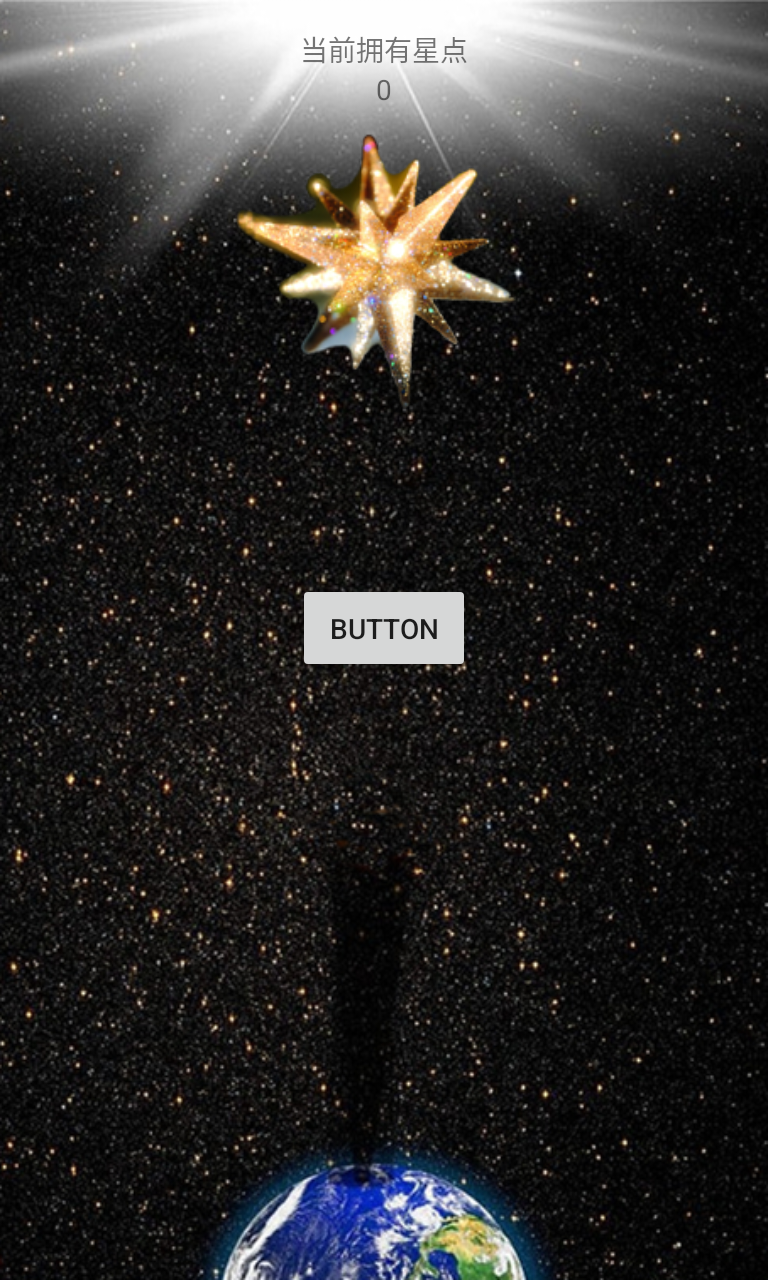
Repository: xianyun2014/StarPoint
Layout: game/res/layout/activity_main.xml
These files come from the project's save history. The layout is drawn as it stood at one moment and after the next save; the edit follows.
It is drawn on a 768 x 1280 px phone screen (xhdpi) without system bars, with theme AppTheme; the app's code is not run.

Above is the layout before, as saved 2014-11-15 05:35:01.

After the next save:
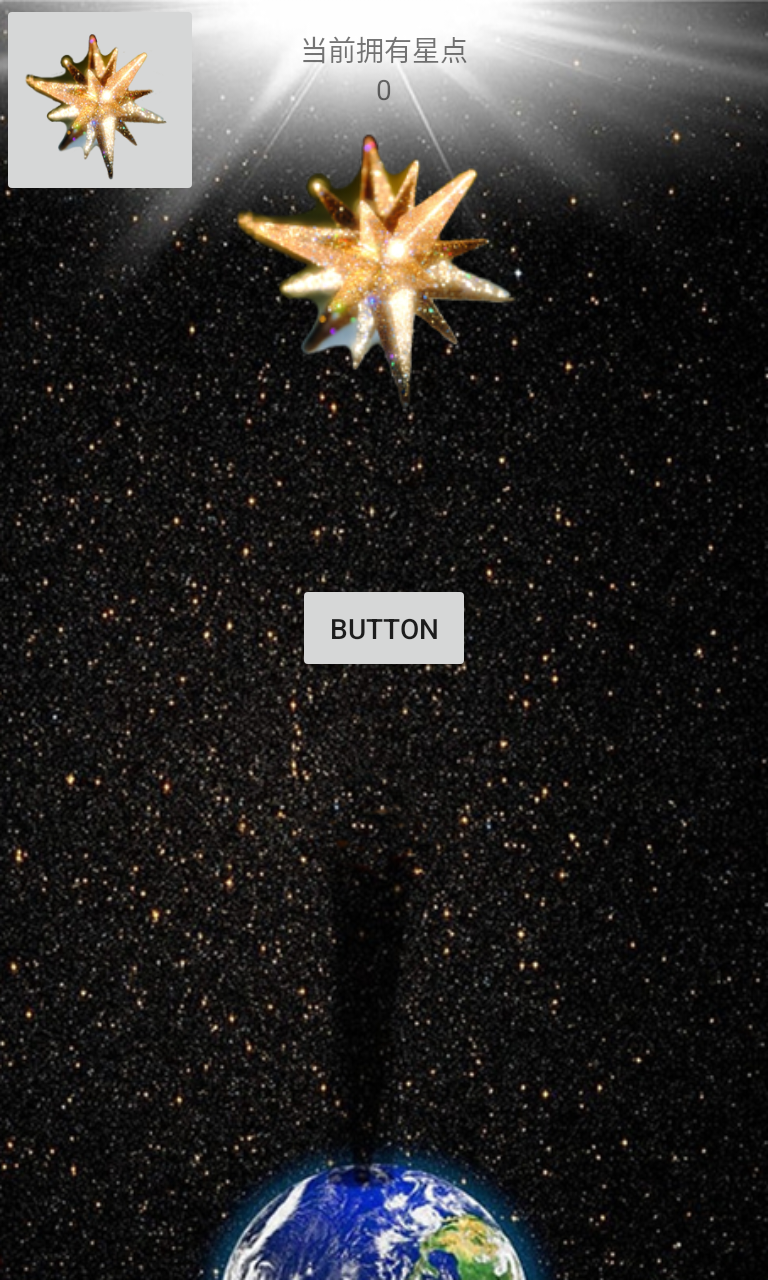
Saved 32 h 37 min later.
--- a/game/res/layout/activity_main.xml
+++ b/game/res/layout/activity_main.xml
@@ -48,4 +48,11 @@
         android:layout_centerHorizontal="true"
         android:text="0" />
 
+    <ImageButton
+        android:id="@+id/imageButton1"
+        android:layout_width="100dp"
+        android:layout_height="100dp"
+        android:scaleType="fitXY"
+        android:src="@drawable/star" />
+
 </RelativeLayout>
